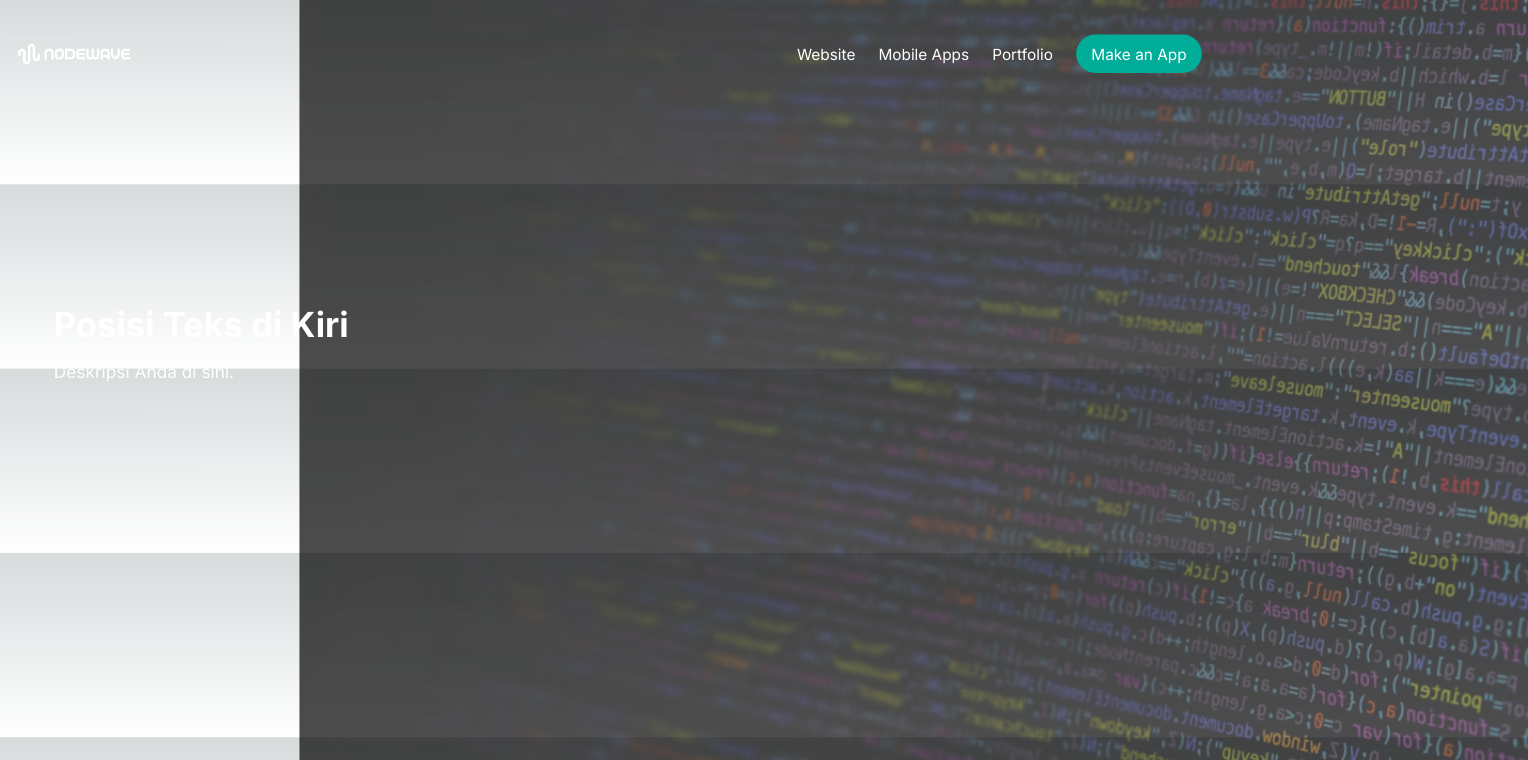
Repository: farrelmuhammad/nodewave
Page: /
These files come from the project's save history. The page is drawn as it stood at one moment and after the next save; the edit follows.
The browser window is 1280 px wide. The page is 1592 px wide, then 1280 px, so the pictures cover 1592 px, including what lies to the right of the window. The pictures show the whole page, at 96% of full size.
The project was rebuilt for these pictures with package versions that can differ from the ones it lists, and the page was loaded fresh each time. The framework's server and built-in components were replaced by stand-ins that run in the browser. Also part of the build but not shown: next.config.js.

Above is the page before, as saved 2023-09-08 13:34:51.

After the next save:
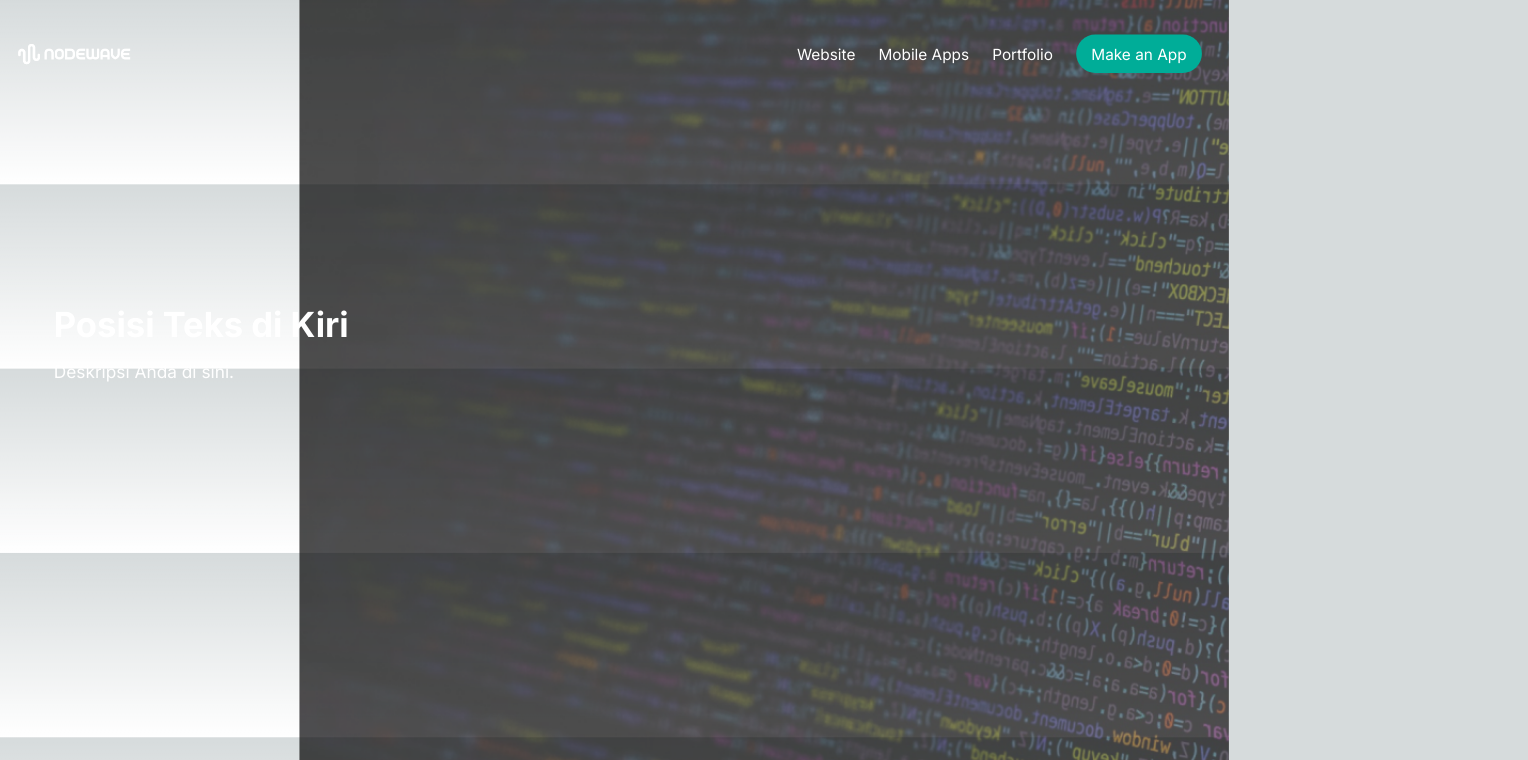
Saved 11 s later.
--- a/src/components/Hero.jsx
+++ b/src/components/Hero.jsx
@@ -5,7 +5,7 @@
   return (
     <main className="flex h-full items-center justify-between p-24">
       <div
-        className="absolute inset-0 bg-cover bg-center w-screen h-[881px] top-[-89px] left-[312px] bg-opacity-50 bg-black"
+        className="absolute inset-0 bg-cover bg-center max-w-screen h-[881px] top-[-89px] left-[312px] bg-opacity-50 bg-black"
         style={{
           backgroundImage: 'url("/assets/background.png")', // Ganti dengan path gambar latar belakang Anda
         }}
